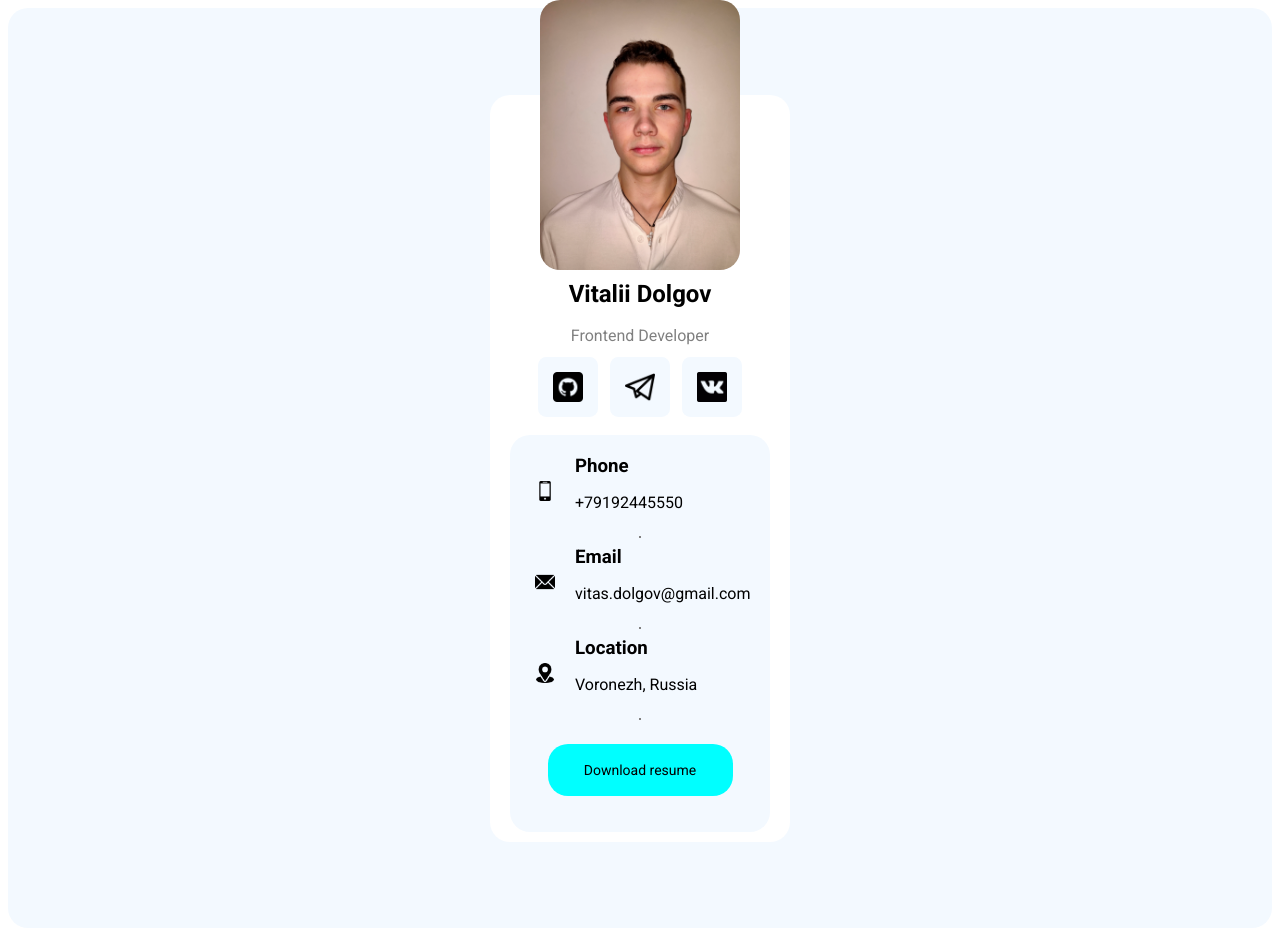
Repository: VitasYo/User_card
Page: src/index.html
These files come from the project's save history. The page is drawn as it stood at one moment and after a run of saves; the edit follows.
The browser window is 1280 px wide. The pictures show the whole page.

Above is the page before, as saved 2024-04-10 00:37:05.

### src/index.html
<!DOCTYPE html>
<html lang="ru">
  <head>
    <meta charset="UTF-8" />
    <meta name="viewport" content="width=device-width, initial-scale=1.0" />
    <title>First html</title>
    <link rel="stylesheet" href="../assets/css/index.css" />
    <script src="script.js"></script>
  </head>
  <body>
    <section class="container">
      <div class="container_card">
        <img class="avatar" src="../assets/img/Фото.jpg" alt="" />
        <div class="user-info">
          <h1>Vitalii Dolgov</h1>
          <div class="position">Frontend Developer</div>
        </div>
        <div>
          <a href="#"
            ><img class="icon" src="../assets/img/github.png" alt="github"
          /></a>
          <a href="#"
            ><img class="icon" src="../assets/img/telegram.png" alt="telegram"
          /></a>
          <a href="#"
            ><img class="icon" src="../assets/img/vk.png" alt="vk"
          /></a>
        </div>
        <div class="items_card">
          <div class="items_string">
            <img class="card_icon" src="../assets/img/phone.png" />
            <div class="card_info">
              <div><h3>Phone</h3></div>
              <div><p>+79192445550</p></div>
            </div>
          </div>
          <hr class="stripe" noshade>
          <div class="items_string">
            <img class="card_icon" src="../assets/img/email.png" />
            <div class="card_info">
              <div><h3>Email</h3></div>
              <div><p>vitas.dolgov@gmail.com</p></div>
            </div>
          </div>
          <hr class="stripe" noshade>
          <div class="items_string">
            <img class="card_icon" src="../assets/img/location.png" />
            <div class="card_info">
              <div><h3>Location</h3></div>
              <div><p>Voronezh, Russia</p></div>
            </div>
          </div>
          <hr class="stripe" noshade>
          <button class="button">Download resume</button>
        </div>
      </div>
    </section>
  </body>
</html>

### assets/css/index.css
@import url("https://fonts.googleapis.com/css2?family=Roboto:ital,wght@0,100;0,300;0,400;0,500;0,700;0,900;1,100;1,300;1,400;1,500;1,700;1,900&display=swap");
* {
  font-family: "Roboto", sans-serif;
}

.container h1 {
  margin-top: 10px;
  margin-bottom: 0;
}

.container h3 {
  margin-top: 0;
  margin-bottom: 0;
}

.container {
  display: flex;
  flex-direction: column;
  align-items: center;
  background-color: rgb(243, 249, 255);
  border-radius: 20px;
  height: 920px;
  justify-content: center;
}

.container_card {
  display: flex;
  flex-direction: column;
  align-items: center;
  background-color: white;
  border-radius: 20px;
  width: 300px;
}

.position {
  color: gray;
  margin-top: 8px;
}

.avatar {
  margin-top: -95px;
  width: 200px;
  height: 270px;
  border-radius: 20px;
}

.user-info {
  margin-bottom: 8px;
  display: flex;
  flex-direction: column;
  align-items: center;
  gap: 10px;
}

.icon {
  width: 30px;
  height: 30px;
  padding: 15px;
  background-color: rgb(243, 249, 255);
  border-radius: 8.27px;
  margin: 4px;
}

.items_card {
  background-color: rgb(243, 249, 255);
  border-radius: 20px;
  width: 260px;
  padding: 20px 0;
  margin: 10px 0;
  align-items: center;
  display: flex;
  flex-direction: column;
}

.items_string {
  justify-content: center;
  align-items: center;
  display: flex;
  border-bottom: 1px;
  border-width: 1px;
}

.card_icon {
  width: 20px;
  height: 20px;
  padding: 0 10px;
}

.card_info {
  margin-left: 10px;
  font-size: 16px;
  width: 180px;
}

.stripe {
   width: 217;
   size: 1;
   color: lightgrey;
}

.button {
  margin: 16px 0;
  background-color: aqua;
  border-radius: 20px;
  border-width: 0;
  width: 185px;
  height: 52px;
  font-size: 14px;
  cursor: pointer;
}

Loaded but not shown: src/script.js (no stored copy; drawn as an empty file)

After the next 2 saves:
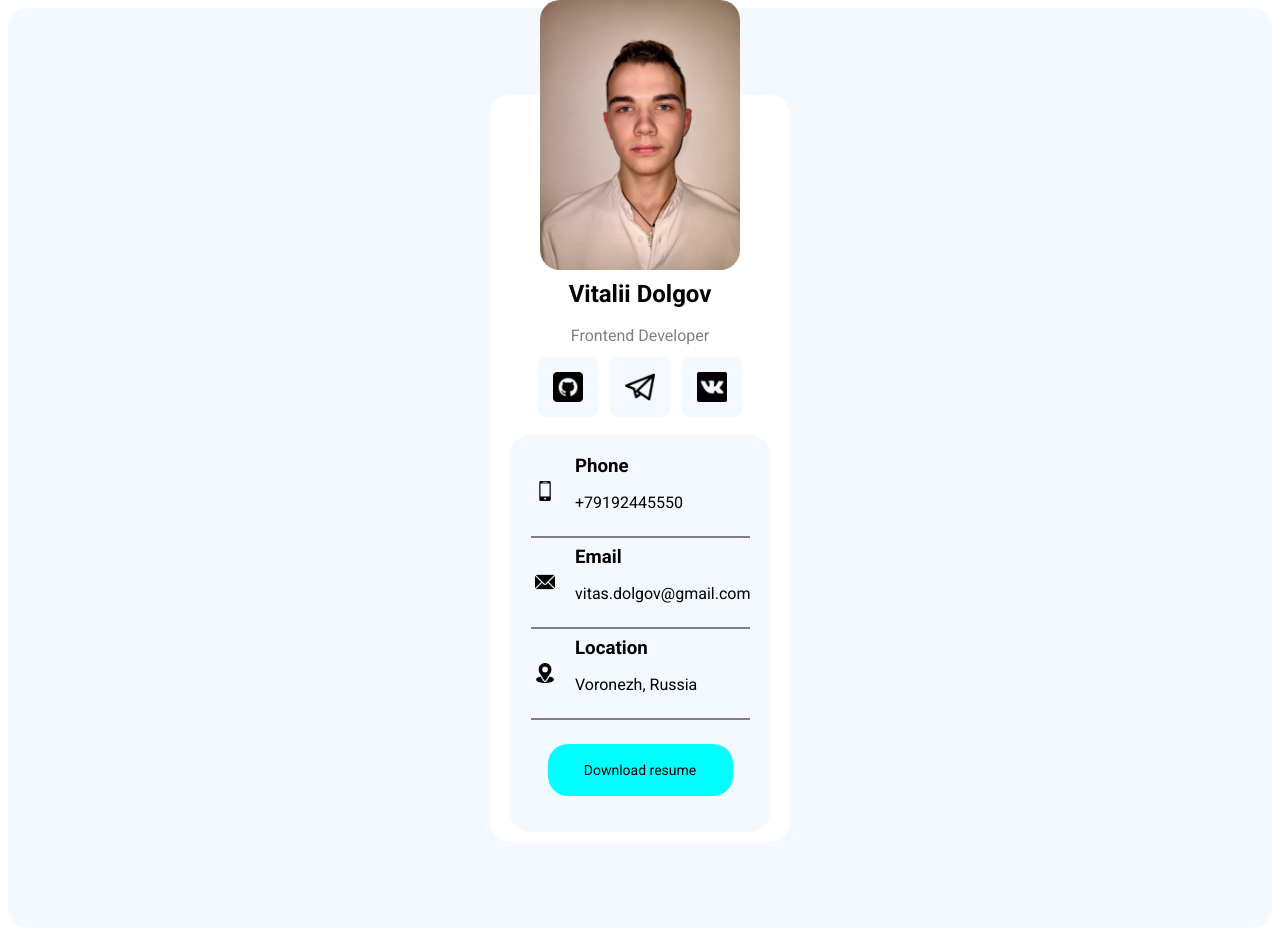
The 2 saves are shown as one change because they came seconds apart.
The last was saved 24 s later.
--- a/assets/css/index.css
+++ b/assets/css/index.css
@@ -93,8 +93,8 @@
 }
 
 .stripe {
-   width: 217;
-   size: 1;
+   width: 217px;
+   size: 1px;
    color: lightgrey;
 }
 
